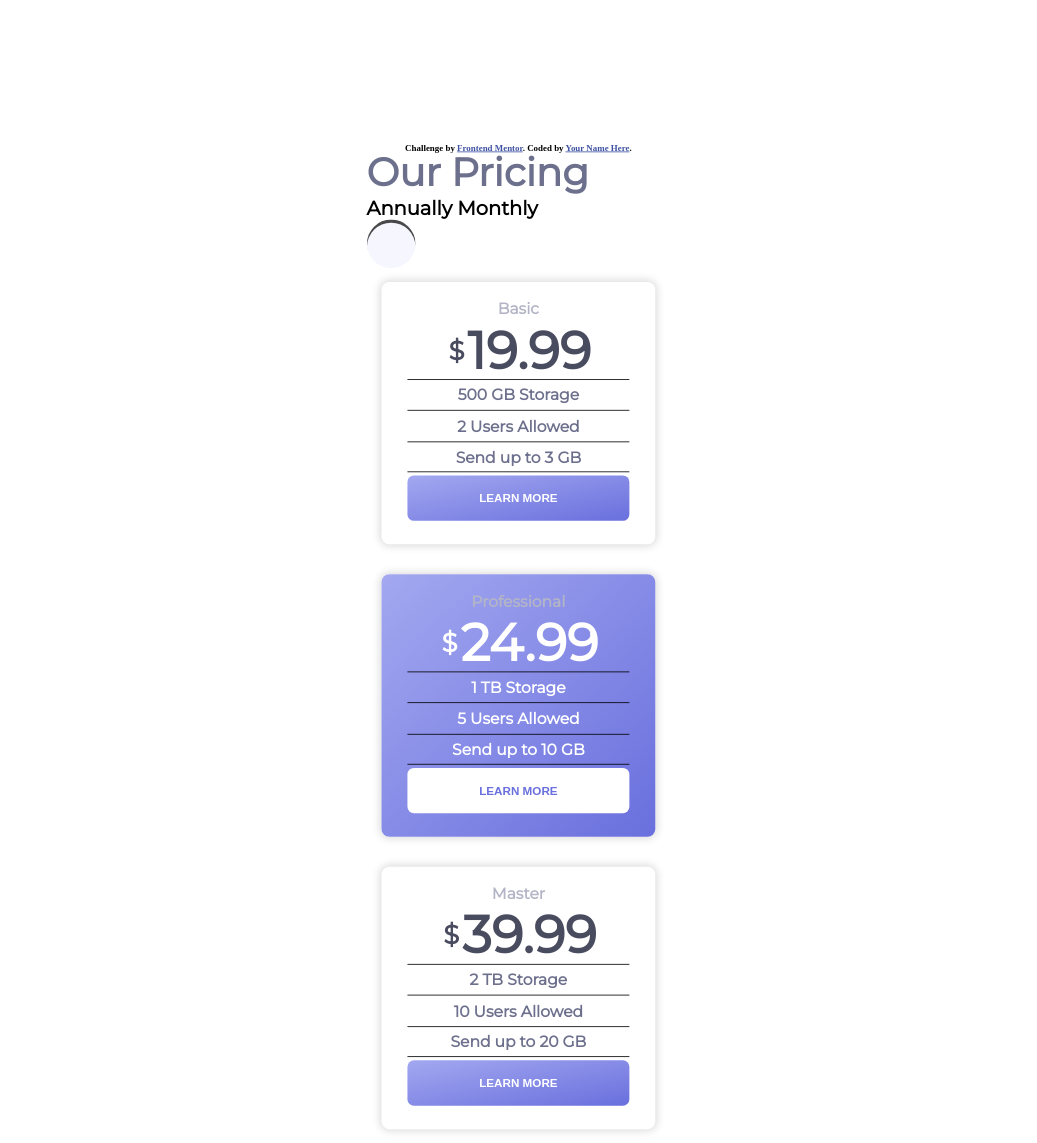
Repository: JuzzJoel/pricing-component-with-toggle-master
Page: index.html
An editor plug-in stored every save of this project. The page is shown before and after the next save, followed by the edit.
The browser window is 1280 px wide. The pictures show the whole page, at 81% of full size.

Above is the page before, as saved 2025-05-24 11:39:56.

After the next save:
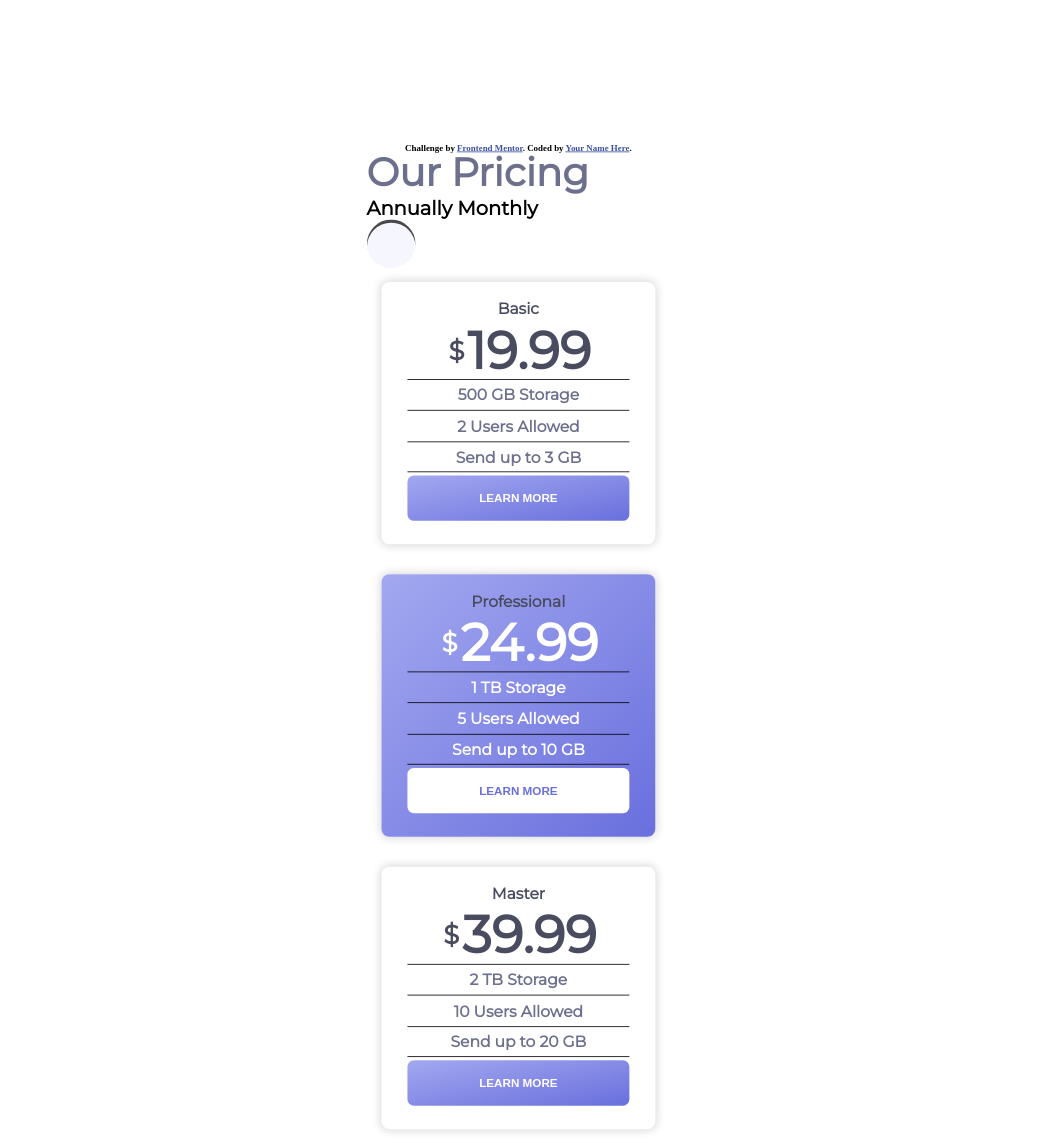
Saved 7 s later.
--- a/index.html
+++ b/index.html
@@ -151,7 +151,7 @@ font-size: 1.5rem;
           .rows-head p{
            font-size: 1.2rem;
 
-color: var(--clr-pri-acc);
+color: var(--clr-sec-acc);
           }
           .rows-head h1{
             font-size: 4rem;
